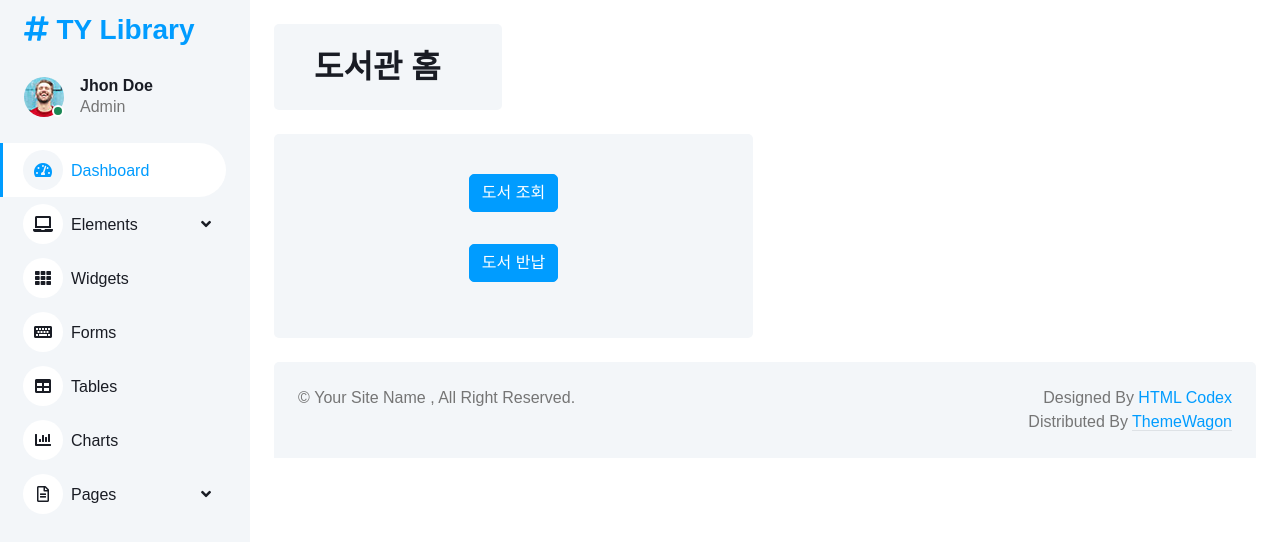
Repository: maryong2/myfirstgitproject
Page: http://localhost/library/WEB-INF/views/admin/librarian-home.jsp
An editor plug-in stored every save of this project. The page is shown before and after the next save, followed by the edit.
The browser window is 1280 px wide. The pictures show the whole page.
Some web fonts or font styles are not loaded; a fallback is used. Some web libraries are served in a nearby version. The page is served by Tomcat 9. Nobody is signed in. Other server files are loaded and not shown. The template is opened directly, without the code that normally fills it, so the values that code supplies are empty.

Above is the page before, as saved 2023-11-26 08:49:51.
Console error: ReferenceError: $ is not defined

### library/src/main/webapp/WEB-INF/views/admin/librarian-home.jsp
<%@ page language="java" contentType="text/html; charset=UTF-8"
	pageEncoding="UTF-8"%>
<!DOCTYPE html>
<html lang="en">

<head>
<meta charset="utf-8">
<title>DASHMIN - Bootstrap Admin Template</title>
<meta content="width=device-width, initial-scale=1.0" name="viewport">
<meta content="" name="keywords">
<meta content="" name="description">

<!-- Favicon -->
<link href="img/favicon.ico" rel="icon">

<!-- Google Web Fonts -->
<link rel="preconnect" href="https://fonts.googleapis.com">
<link rel="preconnect" href="https://fonts.gstatic.com" crossorigin>
<link
	href="https://fonts.googleapis.com/css2?family=Heebo:wght@400;500;600;700&display=swap"
	rel="stylesheet">

<!-- Icon Font Stylesheet -->
<link
	href="https://cdnjs.cloudflare.com/ajax/libs/font-awesome/5.10.0/css/all.min.css"
	rel="stylesheet">
<link
	href="https://cdn.jsdelivr.net/npm/bootstrap-icons@1.4.1/font/bootstrap-icons.css"
	rel="stylesheet">

<!-- Libraries Stylesheet -->
<link href="/lib/owlcarousel/assets/owl.carousel.min.css"
	rel="stylesheet">
<link href="/lib/tempusdominus/css/tempusdominus-bootstrap-4.min.css"
	rel="stylesheet" />

<!-- Customized Bootstrap Stylesheet -->
<link href="/css/bootstrap.min.css" rel="stylesheet">

<!-- Template Stylesheet -->
<link href="/css/style.css" rel="stylesheet">
</head>

<body>
	<div class="container-xxl position-relative bg-white d-flex p-0">
		<!-- Spinner Start -->
		<div id="spinner"
			class="show bg-white position-fixed translate-middle w-100 vh-100 top-50 start-50 d-flex align-items-center justify-content-center">
			<div class="spinner-border text-primary"
				style="width: 3rem; height: 3rem;" role="status">
				<span class="sr-only">Loading...</span>
			</div>
		</div>
		<!-- Spinner End -->


		<!-- Sidebar Start -->
		<div class="sidebar pe-4 pb-3">
			<nav class="navbar bg-light navbar-light">
				<a href="/tylibrary/admin" class="navbar-brand mx-4 mb-3">
					<h3 class="text-primary">
						<i class="fa fa-hashtag me-2"></i>TY Library
					</h3>
				</a>
				<div class="d-flex align-items-center ms-4 mb-4">
					<div class="position-relative">
						<img class="rounded-circle" src="img/user.jpg" alt=""
							style="width: 40px; height: 40px;">
						<div
							class="bg-success rounded-circle border border-2 border-white position-absolute end-0 bottom-0 p-1"></div>
					</div>
					<div class="ms-3">
						<h6 class="mb-0">Jhon Doe</h6>
						<span>Admin</span>
					</div>
				</div>
				<div class="navbar-nav w-100">
					<a href="/tylibrary/admin" class="nav-item nav-link active"><i
						class="fa fa-tachometer-alt me-2"></i>Dashboard</a>
					<div class="nav-item dropdown">
						<a href="#" class="nav-link dropdown-toggle"
							data-bs-toggle="dropdown"><i class="fa fa-laptop me-2"></i>Elements</a>
						<div class="dropdown-menu bg-transparent border-0">
							<a href="button.html" class="dropdown-item">Buttons</a> <a
								href="typography.html" class="dropdown-item">Typography</a> <a
								href="element.html" class="dropdown-item">Other Elements</a>
						</div>
					</div>
					<a href="widget.html" class="nav-item nav-link"><i
						class="fa fa-th me-2"></i>Widgets</a> <a href="form.html"
						class="nav-item nav-link"><i class="fa fa-keyboard me-2"></i>Forms</a>
					<a href="table.html" class="nav-item nav-link"><i
						class="fa fa-table me-2"></i>Tables</a> <a href="chart.html"
						class="nav-item nav-link"><i class="fa fa-chart-bar me-2"></i>Charts</a>
					<div class="nav-item dropdown">
						<a href="#" class="nav-link dropdown-toggle"
							data-bs-toggle="dropdown"><i class="far fa-file-alt me-2"></i>Pages</a>
						<div class="dropdown-menu bg-transparent border-0">
							<a href="signin.html" class="dropdown-item">Sign In</a> <a
								href="signup.html" class="dropdown-item">Sign Up</a> <a
								href="404.html" class="dropdown-item">404 Error</a> <a
								href="blank.html" class="dropdown-item">Blank Page</a>
						</div>
					</div>
				</div>
			</nav>
		</div>
		<!-- Sidebar End -->


		<!-- Content Start -->
		<div class="content">
			<!-- Navbar Start -->
			<nav
				class="navbar navbar-expand bg-light navbar-light sticky-top px-4 py-0">
				<a href="/tylibrary/admin"
					class="navbar-brand d-flex d-lg-none me-4">
					<h2 class="text-primary mb-0">TY Library</h2>
				</a>
			</nav>
			<!-- Navbar End -->


			<!-- Sale & Revenue Start -->
			<div class="container-fluid pt-4 px-4">
				<div class="row g-4">
					<div class="col-sm-12 col-xl-3">
						<div class="bg-light rounded d-md-flex align-items-center p-4">
							<div class="ms-3">
								<h2 class="mb-0 text-center">도서관 홈</h2>
							</div>
						</div>
					</div>
				</div>
			</div>
			<!-- Sale & Revenue End -->


			<!-- Sales Chart Start -->
			<div class="container-fluid pt-4 px-4">
				<div class="row g-4">
					<div class="col-sm-12 col-xl-6">
						<div class="bg-light text-center rounded p-4">

							<h6 class="mb-0"></h6>

							<table class="table table-borderless">
								<thead>
								</thead>
								<tbody>
									<tr>
										<td>
											<button type="button" class="btn btn-primary m-2"
												onclick="go('search')">도서 조회</button>
										</td>

									</tr>
									<!-- <tr>

										<td>
											<button type="button" class="btn btn-primary m-2"
												onclick="goPost('rent')">도서 대여</button>
										</td>
									</tr> -->
									<tr>


										<td>
											<button type="button" class="btn btn-primary m-2"
												onclick="goPost('return')">도서 반납</button>
										</td>

									</tr>
								</tbody>
							</table>
						</div>
					</div>
					<!-- secreat form!!!!!!!!!!!!!!!!!!!!!!!!!!!!!!!! -->
					<form id="myForm" action="librarian" method="post"
						style="display: none;">
						<input id="state_input" type="hidden" name="state" value="return">
					</form>
				</div>
			</div>
			<!-- Footer Start -->

			<div class="container-fluid pt-4 px-4">
				<div class="bg-light rounded-top p-4">
					<div class="row">
						<div class="col-12 col-sm-6 text-center text-sm-start">
							&copy;
							<a type="button" id="out">Your Site Name</a>
							, All Right Reserved.
						</div>
						<div class="col-12 col-sm-6 text-center text-sm-end">
							<!--/*** This template is free as long as you keep the footer author’s credit link/attribution link/backlink. If you'd like to use the template without the footer author’s credit link/attribution link/backlink, you can purchase the Credit Removal License from "https://htmlcodex.com/credit-removal". Thank you for your support. ***/-->
							Designed By <a href="https://htmlcodex.com">HTML Codex</a> </br>
							Distributed By <a class="border-bottom"
								href="https://themewagon.com" target="_blank">ThemeWagon</a>
						</div>
					</div>
				</div>
			</div>
			<!-- Footer End -->
		</div>
		<!-- Content End -->


		<!-- Back to Top -->
	</div>

	<script type="text/javascript">
		let i = 0;
		function go(url) {
			window.location.href = url;
		}
		function goPost(state) {
			let form = document.getElementById('myForm');
			let input = document.getElementById('state_input')
			input.value = state;
			form.submit();
		}

		$("#out").click(function() {
			i++;
			console.log(i)
			if (i == 5) {
				window.location.href = 'admin/logout'; // 5번 클릭하면 로그아웃 페이지로 이동
			}
		});
	</script>

	<!-- JavaScript Libraries -->
	<script src="https://code.jquery.com/jquery-3.4.1.min.js"></script>
	<script
		src="https://cdn.jsdelivr.net/npm/bootstrap@5.0.0/dist/js/bootstrap.bundle.min.js"></script>
	<script src="/lib/chart/chart.min.js"></script>
	<script src="/lib/easing/easing.min.js"></script>
	<script src="/lib/waypoints/waypoints.min.js"></script>
	<script src="/lib/owlcarousel/owl.carousel.min.js"></script>
	<script src="/lib/tempusdominus/js/moment.min.js"></script>
	<script src="/lib/tempusdominus/js/moment-timezone.min.js"></script>
	<script src="/lib/tempusdominus/js/tempusdominus-bootstrap-4.min.js"></script>

	<!-- Template Javascript -->
	<script src="/js/main.js"></script>
</body>

</html>

### library/src/main/resources/static/css/style.css
/********** Template CSS **********/
:root {
    --primary: #009CFF;
    --light: #F3F6F9;
    --dark: #191C24;
}

.back-to-top {
    position: fixed;
    display: none;
    right: 45px;
    bottom: 45px;
    z-index: 99;
}


/*** Spinner ***/
#spinner {
    opacity: 0;
    visibility: hidden;
    transition: opacity .5s ease-out, visibility 0s linear .5s;
    z-index: 99999;
}

#spinner.show {
    transition: opacity .5s ease-out, visibility 0s linear 0s;
    visibility: visible;
    opacity: 1;
}


/*** Button ***/
.btn {
    transition: .5s;
}

.btn.btn-primary {
    color: #FFFFFF;
}

.btn-square {
    width: 38px;
    height: 38px;
}

.btn-sm-square {
    width: 32px;
    height: 32px;
}

.btn-lg-square {
    width: 48px;
    height: 48px;
}

.btn-square,
.btn-sm-square,
.btn-lg-square {
    padding: 0;
    display: inline-flex;
    align-items: center;
    justify-content: center;
    font-weight: normal;
    border-radius: 50px;
}


/*** Layout ***/
.sidebar {
    position: fixed;
    top: 0;
    left: 0;
    bottom: 0;
    width: 250px;
    height: 100vh;
    overflow-y: auto;
    background: var(--light);
    transition: 0.5s;
    z-index: 999;
}

.content {
    margin-left: 250px;
    min-height: 100vh;
    background: #FFFFFF;
    transition: 0.5s;
}

@media (min-width: 992px) {
    .sidebar {
        margin-left: 0;
    }

    .sidebar.open {
        margin-left: -250px;
    }

    .content {
        width: calc(100% - 250px);
    }

    .content.open {
        width: 100%;
        margin-left: 0;
    }
}

@media (max-width: 991.98px) {
    .sidebar {
        margin-left: -250px;
    }

    .sidebar.open {
        margin-left: 0;
    }

    .content {
        width: 100%;
        margin-left: 0;
    }
}


/*** Navbar ***/
.sidebar .navbar .navbar-nav .nav-link {
    padding: 7px 20px;
    color: var(--dark);
    font-weight: 500;
    border-left: 3px solid var(--light);
    border-radius: 0 30px 30px 0;
    outline: none;
}

.sidebar .navbar .navbar-nav .nav-link:hover,
.sidebar .navbar .navbar-nav .nav-link.active {
    color: var(--primary);
    background: #FFFFFF;
    border-color: var(--primary);
}

.sidebar .navbar .navbar-nav .nav-link i {
    width: 40px;
    height: 40px;
    display: inline-flex;
    align-items: center;
    justify-content: center;
    background: #FFFFFF;
    border-radius: 40px;
}

.sidebar .navbar .navbar-nav .nav-link:hover i,
.sidebar .navbar .navbar-nav .nav-link.active i {
    background: var(--light);
}

.sidebar .navbar .dropdown-toggle::after {
    position: absolute;
    top: 15px;
    right: 15px;
    border: none;
    content: "\f107";
    font-family: "Font Awesome 5 Free";
    font-weight: 900;
    transition: .5s;
}

.sidebar .navbar .dropdown-toggle[aria-expanded=true]::after {
    transform: rotate(-180deg);
}

.sidebar .navbar .dropdown-item {
    padding-left: 25px;
    border-radius: 0 30px 30px 0;
}

.content .navbar .navbar-nav .nav-link {
    margin-left: 25px;
    padding: 12px 0;
    color: var(--dark);
    outline: none;
}

.content .navbar .navbar-nav .nav-link:hover,
.content .navbar .navbar-nav .nav-link.active {
    color: var(--primary);
}

.content .navbar .sidebar-toggler,
.content .navbar .navbar-nav .nav-link i {
    width: 40px;
    height: 40px;
    display: inline-flex;
    align-items: center;
    justify-content: center;
    background: #FFFFFF;
    border-radius: 40px;
}

.content .navbar .dropdown-toggle::after {
    margin-left: 6px;
    vertical-align: middle;
    border: none;
    content: "\f107";
    font-family: "Font Awesome 5 Free";
    font-weight: 900;
    transition: .5s;
}

.content .navbar .dropdown-toggle[aria-expanded=true]::after {
    transform: rotate(-180deg);
}

@media (max-width: 575.98px) {
    .content .navbar .navbar-nav .nav-link {
        margin-left: 15px;
    }
}


/*** Date Picker ***/
.bootstrap-datetimepicker-widget.bottom {
    top: auto !important;
}

.bootstrap-datetimepicker-widget .table * {
    border-bottom-width: 0px;
}

.bootstrap-datetimepicker-widget .table th {
    font-weight: 500;
}

.bootstrap-datetimepicker-widget.dropdown-menu {
    padding: 10px;
    border-radius: 2px;
}

.bootstrap-datetimepicker-widget table td.active,
.bootstrap-datetimepicker-widget table td.active:hover {
    background: var(--primary);
}

.bootstrap-datetimepicker-widget table td.today::before {
    border-bottom-color: var(--primary);
}


/*** Testimonial ***/
.progress .progress-bar {
    width: 0px;
    transition: 2s;
}


/*** Testimonial ***/
.testimonial-carousel .owl-dots {
    margin-top: 24px;
    display: flex;
    align-items: flex-end;
    justify-content: center;
}

.testimonial-carousel .owl-dot {
    position: relative;
    display: inline-block;
    margin: 0 5px;
    width: 15px;
    height: 15px;
    border: 5px solid var(--primary);
    border-radius: 15px;
    transition: .5s;
}

.testimonial-carousel .owl-dot.active {
    background: var(--dark);
    border-color: var(--primary);
}

### library/src/main/resources/static/js/main.js
(function ($) {
    "use strict";

    // Spinner
    var spinner = function () {
        setTimeout(function () {
            if ($('#spinner').length > 0) {
                $('#spinner').removeClass('show');
            }
        }, 1);
    };
    spinner();


    // Back to top button
    $(window).scroll(function () {
        if ($(this).scrollTop() > 300) {
            $('.back-to-top').fadeIn('slow');
        } else {
            $('.back-to-top').fadeOut('slow');
        }
    });
    $('.back-to-top').click(function () {
        $('html, body').animate({scrollTop: 0}, 1500, 'easeInOutExpo');
        return false;
    });


    // Sidebar Toggler
    $('.sidebar-toggler').click(function () {
        $('.sidebar, .content').toggleClass("open");
        return false;
    });


    // Progress Bar
    $('.pg-bar').waypoint(function () {
        $('.progress .progress-bar').each(function () {
            $(this).css("width", $(this).attr("aria-valuenow") + '%');
        });
    }, {offset: '80%'});


	function getWeekendDates(startDate, endDate) {
		var weekendDates = [];

		while (startDate <= endDate) {
			if (startDate.getDay() === 0 || startDate.getDay() === 6) {
				// 주말인 경우 날짜를 원하는 형식(예: 'YYYY/MM/DD')으로 포맷팅
				var formattedDate = startDate.getFullYear() + '/' + (startDate.getMonth() + 1) + '/' + startDate.getDate();
				weekendDates.push(formattedDate);
			}
			startDate.setDate(startDate.getDate() + 1);
		}

		return weekendDates;
	}

	function convertDay(toDay, weeks) {
		let after = new Date(toDay.getTime() + 7 * weeks * 24 * 60 * 60 * 1000);
		let year = after.getFullYear();
		let month = after.getMonth() + 1;
		let day = after.getDate();
		let ret = year + "/" + (month < 10 ? "0" : "") + month + "/" + day;
		return ret;
	}





	let toDay = new Date();
	let minday = convertDay(toDay, 2)
	var maxday = convertDay(toDay, 4);
	var weekendDatesArray = getWeekendDates(toDay, new Date(toDay.getTime() + 7 * 4 * 24 * 60 * 60 * 1000));
    // Calender
    $('#calender').datetimepicker({
        inline: true,
		format: 'Y-m-d',
		minDate: minday,
		defaultDate: minday,
		maxDate: maxday,
		locale: moment.locale("ko"),
		disabledDates: weekendDatesArray,
    });


    // Testimonials carousel
    $(".testimonial-carousel").owlCarousel({
        autoplay: true,
        smartSpeed: 1000,
        items: 1,
        dots: true,
        loop: true,
        nav : false
    });


    // Worldwide Sales Chart
    var ctx1 = $("#worldwide-sales").get(0).getContext("2d");
    var myChart1 = new Chart(ctx1, {
        type: "bar",
        data: {
            labels: ["2016", "2017", "2018", "2019", "2020", "2021", "2022"],
            datasets: [{
                    label: "USA",
                    data: [15, 30, 55, 65, 60, 80, 95],
                    backgroundColor: "rgba(0, 156, 255, .7)"
                },
                {
                    label: "UK",
                    data: [8, 35, 40, 60, 70, 55, 75],
                    backgroundColor: "rgba(0, 156, 255, .5)"
                },
                {
                    label: "AU",
                    data: [12, 25, 45, 55, 65, 70, 60],
                    backgroundColor: "rgba(0, 156, 255, .3)"
                }
            ]
            },
        options: {
            responsive: true
        }
    });


    // Salse & Revenue Chart
    var ctx2 = $("#salse-revenue").get(0).getContext("2d");
    var myChart2 = new Chart(ctx2, {
        type: "line",
        data: {
            labels: ["2016", "2017", "2018", "2019", "2020", "2021", "2022"],
            datasets: [{
                    label: "Salse",
                    data: [15, 30, 55, 45, 70, 65, 85],
                    backgroundColor: "rgba(0, 156, 255, .5)",
                    fill: true
                },
                {
                    label: "Revenue",
                    data: [99, 135, 170, 130, 190, 180, 270],
                    backgroundColor: "rgba(0, 156, 255, .3)",
                    fill: true
                }
            ]
            },
        options: {
            responsive: true
        }
    });



    // Single Line Chart
    var ctx3 = $("#line-chart").get(0).getContext("2d");
    var myChart3 = new Chart(ctx3, {
        type: "line",
        data: {
            labels: [50, 60, 70, 80, 90, 100, 110, 120, 130, 140, 150],
            datasets: [{
                label: "Salse",
                fill: false,
                backgroundColor: "rgba(0, 156, 255, .3)",
                data: [7, 8, 8, 9, 9, 9, 10, 11, 14, 14, 15]
            }]
        },
        options: {
            responsive: true
        }
    });


    // Single Bar Chart
    var ctx4 = $("#bar-chart").get(0).getContext("2d");
    var myChart4 = new Chart(ctx4, {
        type: "bar",
        data: {
            labels: ["Italy", "France", "Spain", "USA", "Argentina"],
            datasets: [{
                backgroundColor: [
                    "rgba(0, 156, 255, .7)",
                    "rgba(0, 156, 255, .6)",
                    "rgba(0, 156, 255, .5)",
                    "rgba(0, 156, 255, .4)",
                    "rgba(0, 156, 255, .3)"
                ],
                data: [55, 49, 44, 24, 15]
            }]
        },
        options: {
            responsive: true
        }
    });


    // Pie Chart
    var ctx5 = $("#pie-chart").get(0).getContext("2d");
    var myChart5 = new Chart(ctx5, {
        type: "pie",
        data: {
            labels: ["Italy", "France", "Spain", "USA", "Argentina"],
            datasets: [{
                backgroundColor: [
                    "rgba(0, 156, 255, .7)",
                    "rgba(0, 156, 255, .6)",
                    "rgba(0, 156, 255, .5)",
                    "rgba(0, 156, 255, .4)",
                    "rgba(0, 156, 255, .3)"
                ],
                data: [55, 49, 44, 24, 15]
            }]
        },
        options: {
            responsive: true
        }
    });


    // Doughnut Chart
    var ctx6 = $("#doughnut-chart").get(0).getContext("2d");
    var myChart6 = new Chart(ctx6, {
        type: "doughnut",
        data: {
            labels: ["Italy", "France", "Spain", "USA", "Argentina"],
            datasets: [{
                backgroundColor: [
                    "rgba(0, 156, 255, .7)",
                    "rgba(0, 156, 255, .6)",
                    "rgba(0, 156, 255, .5)",
                    "rgba(0, 156, 255, .4)",
                    "rgba(0, 156, 255, .3)"
                ],
                data: [55, 49, 44, 24, 15]
            }]
        },
        options: {
            responsive: true
        }
    });


})(jQuery);

Loaded but not shown: library/src/main/resources/static/lib/owlcarousel/assets/owl.carousel.min.css (common file); library/src/main/resources/static/lib/tempusdominus/css/tempusdominus-bootstrap-4.min.css (library); library/src/main/resources/static/css/bootstrap.min.css (library); library/src/main/resources/static/lib/chart/chart.min.js (library); library/src/main/resources/static/lib/easing/easing.min.js (common file); library/src/main/resources/static/lib/waypoints/waypoints.min.js (library); library/src/main/resources/static/lib/owlcarousel/owl.carousel.min.js (library); library/src/main/resources/static/lib/tempusdominus/js/moment.min.js (library); library/src/main/resources/static/lib/tempusdominus/js/moment-timezone.min.js (library); library/src/main/resources/static/lib/tempusdominus/js/tempusdominus-bootstrap-4.min.js (library)

After the next save:
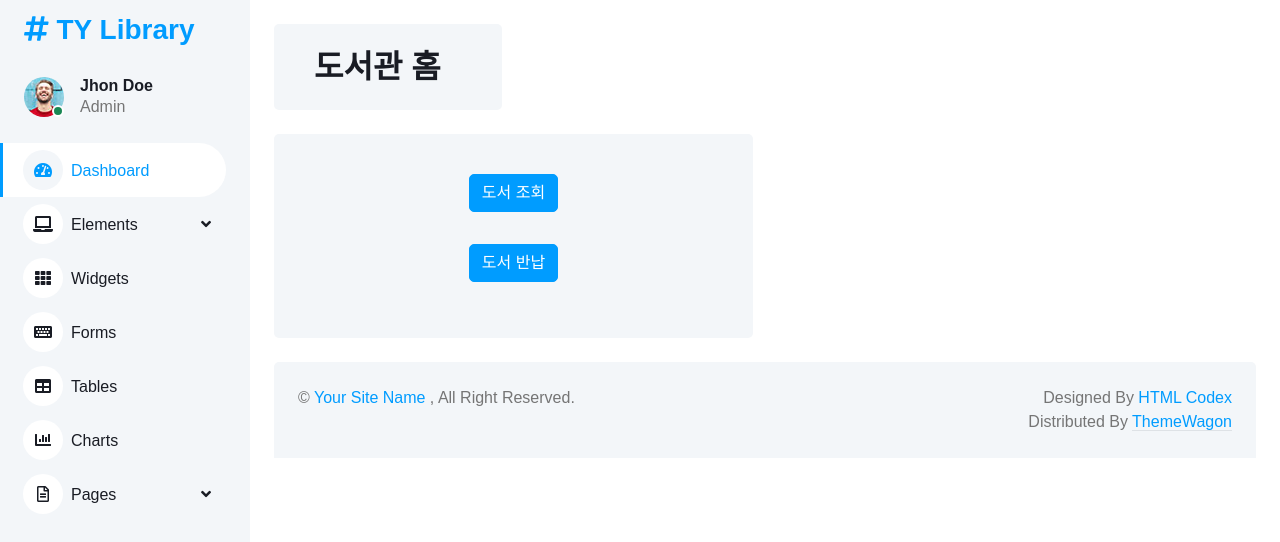
Saved 47 s later.
--- a/library/src/main/webapp/WEB-INF/views/admin/librarian-home.jsp
+++ b/library/src/main/webapp/WEB-INF/views/admin/librarian-home.jsp
@@ -189,7 +189,7 @@
 					<div class="row">
 						<div class="col-12 col-sm-6 text-center text-sm-start">
 							&copy;
-							<a type="button" id="out">Your Site Name</a>
+							<a href="#" id="out">Your Site Name</a>
 							, All Right Reserved.
 						</div>
 						<div class="col-12 col-sm-6 text-center text-sm-end">
